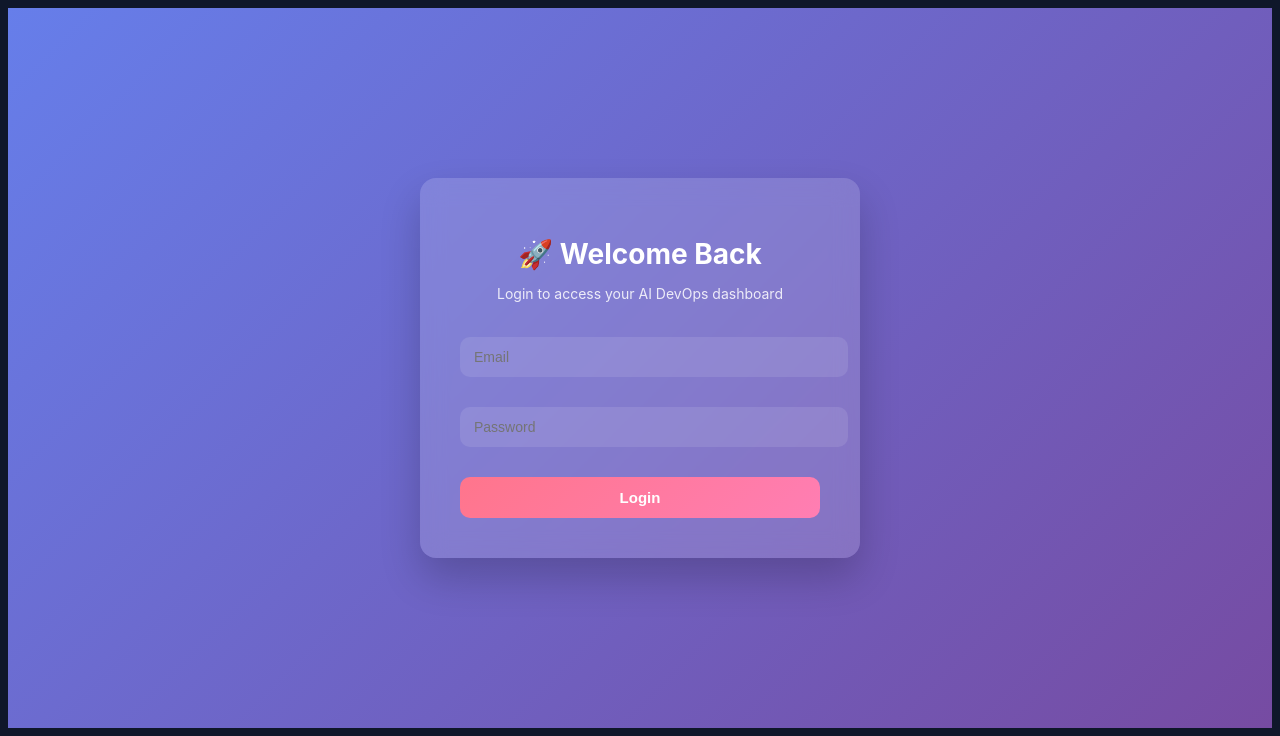
Repository: kundanchouhan12/DevX-Ai-Powered-Devops-Assistant-GenAi-LLM
Page: / (app in frontend/)
The author's editor kept a copy of each file at every save. The page is drawn from the files as they stood at one save, then again after the next save.
The browser window is 1280 px wide. The pictures show the whole page.
The page's requests for data from a server got no answer. The project was rebuilt for these pictures with package versions that can differ from the ones it lists, and the page was loaded fresh each time. No one was signed in, and anything a server would have sent is missing. Also part of the build but not shown: frontend/vite.config.js, frontend/src/pages/Home.jsx, frontend/src/pages/Dashboard.jsx, frontend/src/pages/Signup.jsx.

Above is the page before, as saved 2026-01-31 13:57:53.

### frontend/index.html
<!doctype html>
<html lang="en">
  <head>
    <meta charset="UTF-8" />
    <link rel="icon" type="image/svg+xml" href="/vite.svg" />
    <meta name="viewport" content="width=device-width, initial-scale=1.0" />
    <title>frontend-ai-devops-assistan</title>
  </head>
  <body>
    <div id="root"></div>
    <script type="module" src="/src/main.jsx"></script>
  </body>
</html>

### frontend/src/index.css
body {
  font-family: system-ui, sans-serif;
  background: #0f172a;
  color: white;
}

.container {
  max-width: 900px;
  margin: auto;
  padding: 40px;
}

.card {
  background: #020617;
  padding: 20px;
  border-radius: 12px;
  margin-top: 20px;
}

input {
  width: 100%;
  padding: 12px;
  margin-top: 10px;
  border-radius: 8px;
  border: none;
}

button {
  margin-top: 10px;
  padding: 12px 20px;
  border-radius: 8px;
  border: none;
  background: #4f46e5;
  color: white;
  cursor: pointer;
}

.status {
  margin-top: 15px;
  font-size: 18px;
}

### frontend/src/App.jsx
import { BrowserRouter, Routes, Route } from "react-router-dom";
import Home from "./pages/Home";
import Dashboard from "./pages/Dashboard";
import Login from "./pages/Login";
import Signup from "./pages/Signup";
import PrivateRoute from "./components/PrivateRoute";

export default function App() {
  return (
    <BrowserRouter>
      <Routes>
        {/* Public routes */}
        <Route path="/login" element={<Login />} />
        <Route path="/signup" element={<Signup />} />

        {/* Protected routes */}
        <Route
          path="/"
          element={
            <PrivateRoute>
              <Home />
            </PrivateRoute>
          }
        />

        <Route
          path="/dashboard"
          element={
            <PrivateRoute>
              <Dashboard />
            </PrivateRoute>
          }
        />
        <Route
          path="/dashboard/:jobId"
          element={
            <PrivateRoute>
              <Dashboard />
            </PrivateRoute>
          }
        />
      </Routes>
    </BrowserRouter>
  );
}

### frontend/src/pages/Login.jsx
import { useState } from "react";
import { useNavigate } from "react-router-dom";
import { login } from "../services/api";

export default function Login() {
  const [email, setEmail] = useState("");
  const [password, setPassword] = useState("");
  const navigate = useNavigate();

  const handleLogin = async () => {
    try {
      const res = await login(email, password);
      localStorage.setItem("token", res.data.token);
      navigate("/");
    } catch (err) {
      console.error(err);
      alert(err.response?.data.error || "Login failed");
    }
  };

  return (
    <div style={pageStyle}>
      <div style={cardStyle}>
        <h1 style={titleStyle}>🚀 Welcome Back</h1>
        <p style={subtitleStyle}>Login to access your AI DevOps dashboard</p>

        <input
          type="email"
          placeholder="Email"
          value={email}
          onChange={(e) => setEmail(e.target.value)}
          style={inputStyle}
        />
        <input
          type="password"
          placeholder="Password"
          value={password}
          onChange={(e) => setPassword(e.target.value)}
          style={inputStyle}
        />

        <button style={buttonStyle} onClick={handleLogin}>
          Login
        </button>
      </div>
    </div>
  );
}

/* Styles */
const pageStyle = {
  height: "100vh",
  display: "flex",
  justifyContent: "center",
  alignItems: "center",
  background: "linear-gradient(135deg, #667eea, #764ba2)",
  fontFamily: "Inter, sans-serif",
};

const cardStyle = {
  background: "rgba(255, 255, 255, 0.15)",
  backdropFilter: "blur(12px)",
  padding: "40px",
  borderRadius: "16px",
  width: "360px",
  boxShadow: "0 20px 40px rgba(0,0,0,0.2)",
  textAlign: "center",
  color: "#fff",
};

const titleStyle = {
  fontSize: "28px",
  fontWeight: "700",
  marginBottom: "8px",
};

const subtitleStyle = {
  fontSize: "14px",
  opacity: 0.85,
  marginBottom: "25px",
};

const inputStyle = {
  width: "100%",
  padding: "12px 14px",
  borderRadius: "10px",
  border: "none",
  outline: "none",
  fontSize: "14px",
  marginBottom: "20px",
  backgroundColor: "rgba(255,255,255,0.1)",
  color: "#fff",
  transition: "0.3s",
};

const buttonStyle = {
  width: "100%",
  padding: "12px",
  borderRadius: "10px",
  border: "none",
  cursor: "pointer",
  fontWeight: "600",
  fontSize: "15px",
  color: "#fff",
  background: "linear-gradient(135deg, #ff758c, #ff7eb3)",
  transition: "transform 0.2s ease, box-shadow 0.2s ease",
  marginTop: "10px",
};

### frontend/src/components/PrivateRoute.jsx
// frontend/src/components/PrivateRoute.jsx
import React from "react";
import { Navigate } from "react-router-dom";

const PrivateRoute = ({ children }) => {
  const token = localStorage.getItem("token");
  return token ? children : <Navigate to="/login" />;
};

export default PrivateRoute;

### frontend/src/services/api.js
import axios from "axios";

const getBaseURL = () => {
  if (import.meta.env.VITE_API_BASE_URL) {
    return import.meta.env.VITE_API_BASE_URL;
  } else if (window.location.hostname === "localhost") {
    return "http://127.0.0.1:5000/api";
  } else {
    return "/api"; // production relative path
  }
};

const api = axios.create({
  baseURL: getBaseURL(),
});

// JWT interceptor
api.interceptors.request.use((config) => {
  const token = localStorage.getItem("token");
  if (token) config.headers.Authorization = `Bearer ${token}`;
  return config;
});

// ===== Auth functions =====
export const signup = (email, password) => api.post("/auth/signup", { email, password });
export const login = (email, password) => api.post("/auth/login", { email, password });

// Export default axios instance for other requests
export default api;

Loaded but not shown: frontend/src/main.jsx (common file)

After the next save:
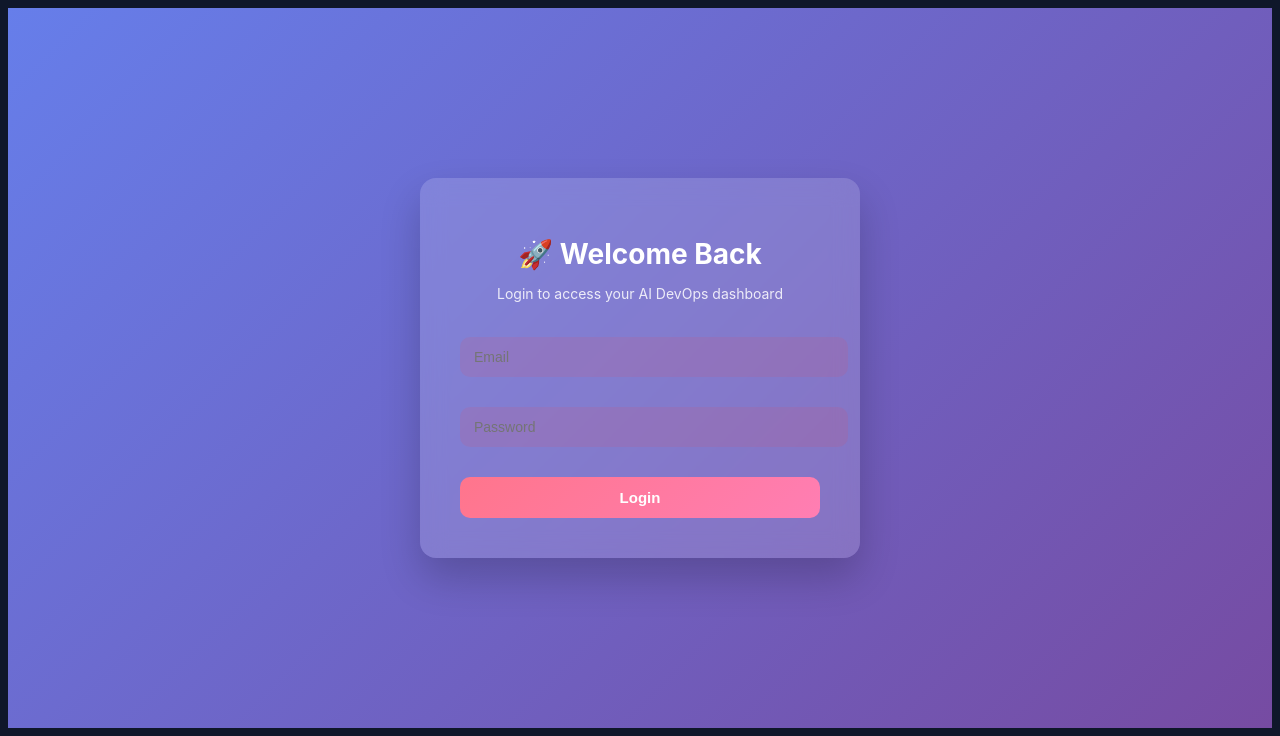
Saved 63 s later.
--- a/frontend/src/pages/Login.jsx
+++ b/frontend/src/pages/Login.jsx
@@ -88,7 +88,7 @@
   outline: "none",
   fontSize: "14px",
   marginBottom: "20px",
-  backgroundColor: "rgba(255,255,255,0.1)",
+  backgroundColor: "rgba(249, 62, 62, 0.1)",
   color: "#fff",
   transition: "0.3s",
 };

After the save that followed:
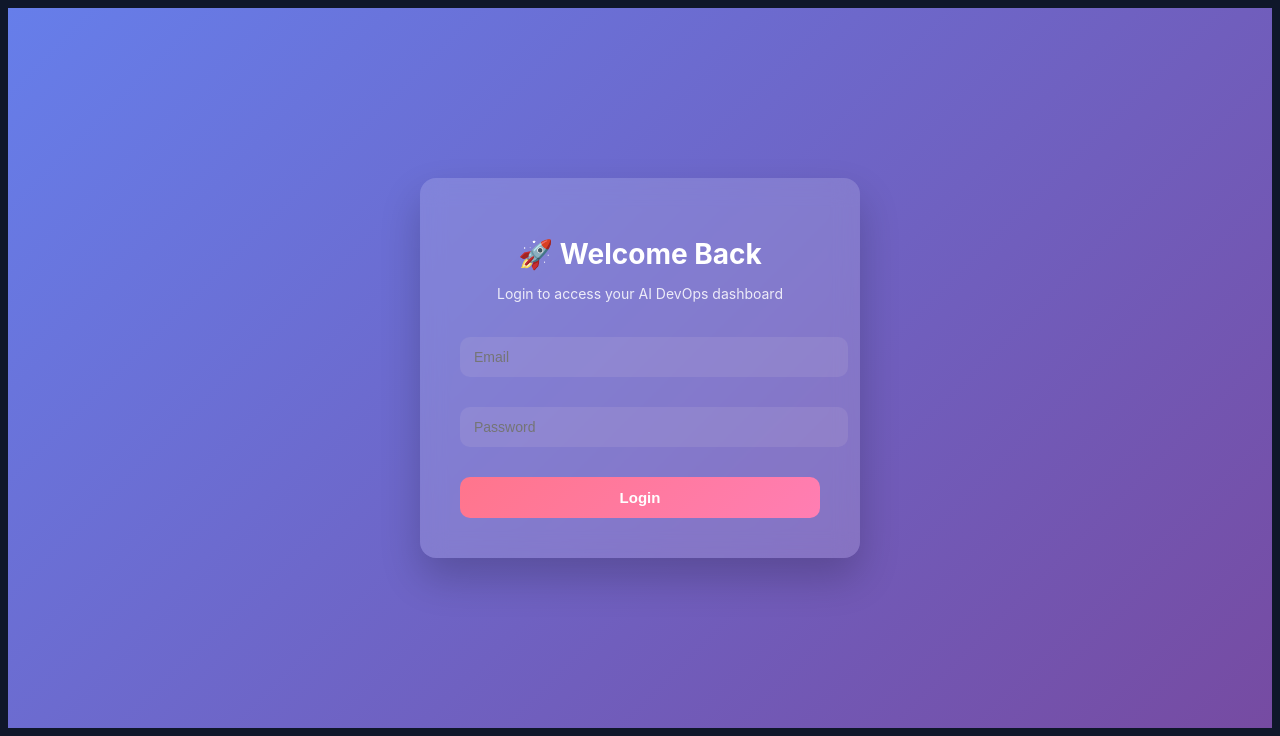
Saved 8 s later.
--- a/frontend/src/pages/Login.jsx
+++ b/frontend/src/pages/Login.jsx
@@ -88,7 +88,7 @@
   outline: "none",
   fontSize: "14px",
   marginBottom: "20px",
-  backgroundColor: "rgba(249, 62, 62, 0.1)",
+  backgroundColor: "rgba(239, 221, 221, 0.1)",
   color: "#fff",
   transition: "0.3s",
 };
